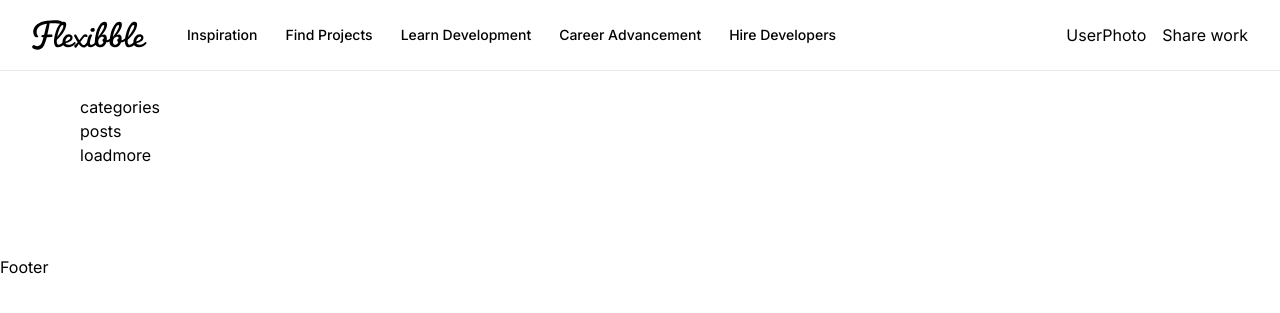
Repository: cicifuture/grafbase_proj
Page: /
These files come from the project's save history. The page is drawn as it stood at one moment and after the next save; the edit follows.
The browser window is 1280 px wide. The pictures show the whole page.
The project was rebuilt for these pictures with package versions that can differ from the ones it lists, and the page was loaded fresh each time. The framework's server and built-in components were replaced by stand-ins that run in the browser. Also part of the build but not shown: next.config.js.

Above is the page before, as saved 2023-09-25 17:20:03.

### components/Navbar.tsx
import React from 'react'
import Link from 'next/link'
import Image from 'next/image'
import { NavLinks } from '@/constant'
import AuthProviders from './AuthProviders'
const Navbar = () => {
  const session = {}
  return (
    <nav>
        <div className= 'flexBetween navbar'>
            <div className='flex-1 flexStart gap-10'>
                <Link href= '/'>
                    <Image
                        src='/logo.svg'
                        width={115}
                        height={43}
                        alt='Flexibble'/>
                </Link>
                <ul className = 'xl:flex hidden text-small gap-7'>
                  {NavLinks.map((link)=>(<Link href={link.href} key={link.key}>{link.text}</Link>))}
                </ul>
            </div>
            <div className='flexCenter gap-4'>
              {session ? (
                <>
                UserPhoto
                <Link href='/create-project'>Share work</Link>
                </>) : (<AuthProviders />)
                }
            </div>
        </div>
    </nav>
  )
}

export default Navbar

### components/AuthProviders.tsx
import React from 'react'

export default function AuthProviders() {
  return (
    <div>AuthProviders</div>
  )
}

Loaded but not shown: app/layout.tsx (common file); app/page.tsx (common file); app/globals.css (common file); components/Footer.tsx (common file); constant/index.ts (common file); tailwind.config.ts (common file)

After the next save:
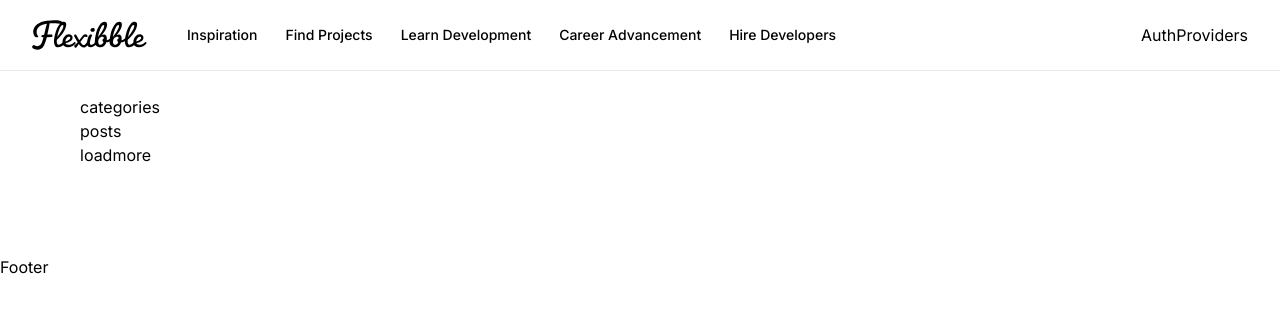
Saved 41 s later.
--- a/components/Navbar.tsx
+++ b/components/Navbar.tsx
@@ -4,7 +4,7 @@
 import { NavLinks } from '@/constant'
 import AuthProviders from './AuthProviders'
 const Navbar = () => {
-  const session = {}
+  const session = null
   return (
     <nav>
         <div className= 'flexBetween navbar'>

After the save that followed:
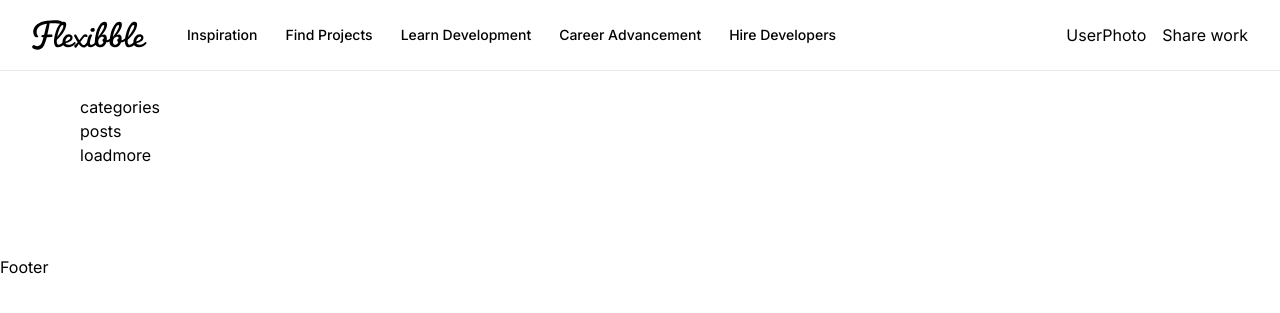
Saved 14 s later.
--- a/components/Navbar.tsx
+++ b/components/Navbar.tsx
@@ -4,7 +4,7 @@
 import { NavLinks } from '@/constant'
 import AuthProviders from './AuthProviders'
 const Navbar = () => {
-  const session = null
+  const session = {}
   return (
     <nav>
         <div className= 'flexBetween navbar'>
